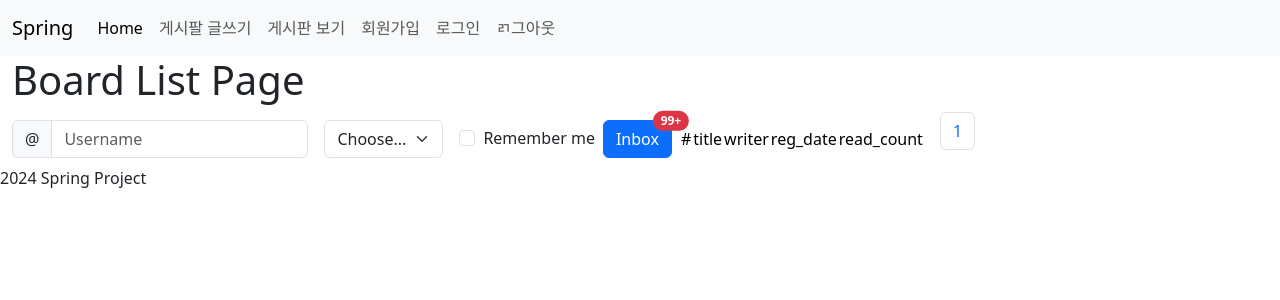
Repository: tkwkduddnd/SpringTest240430
Page: http://localhost/spring_study/WEB-INF/views/board/list.jsp
The author's editor kept a copy of each file at every save. The page is drawn from the files as they stood at one save, then again after the next save.
The browser window is 1280 px wide. The pictures show the whole page.
The page is served by Tomcat 9. Nobody is signed in. The template is opened directly, without the code that normally fills it, so the values that code supplies are empty.

Above is the page before, as saved 2024-04-25 02:02:33.

After the next save:
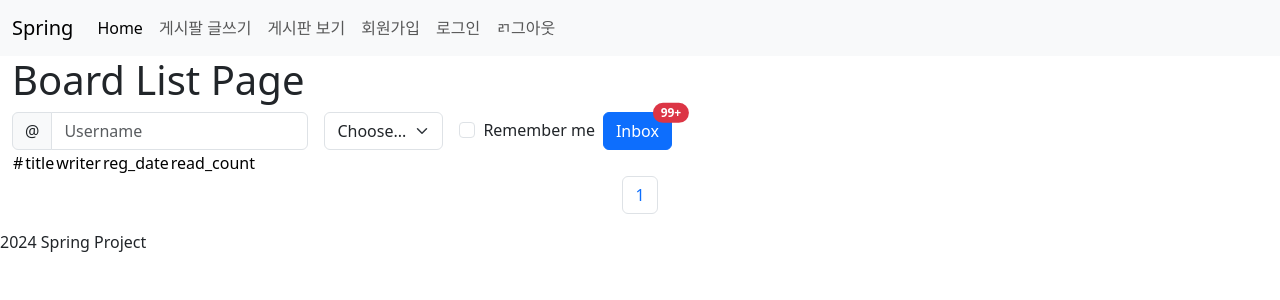
Saved 83 s later.
--- a/spring_study/src/main/webapp/WEB-INF/views/board/list.jsp
+++ b/spring_study/src/main/webapp/WEB-INF/views/board/list.jsp
@@ -41,6 +41,7 @@
     <span class="visually-hidden">unread messages</span>
   </span>
 </button>
+</form>
 		<div>
 		<table class="table-secondary">
 	<thead>
